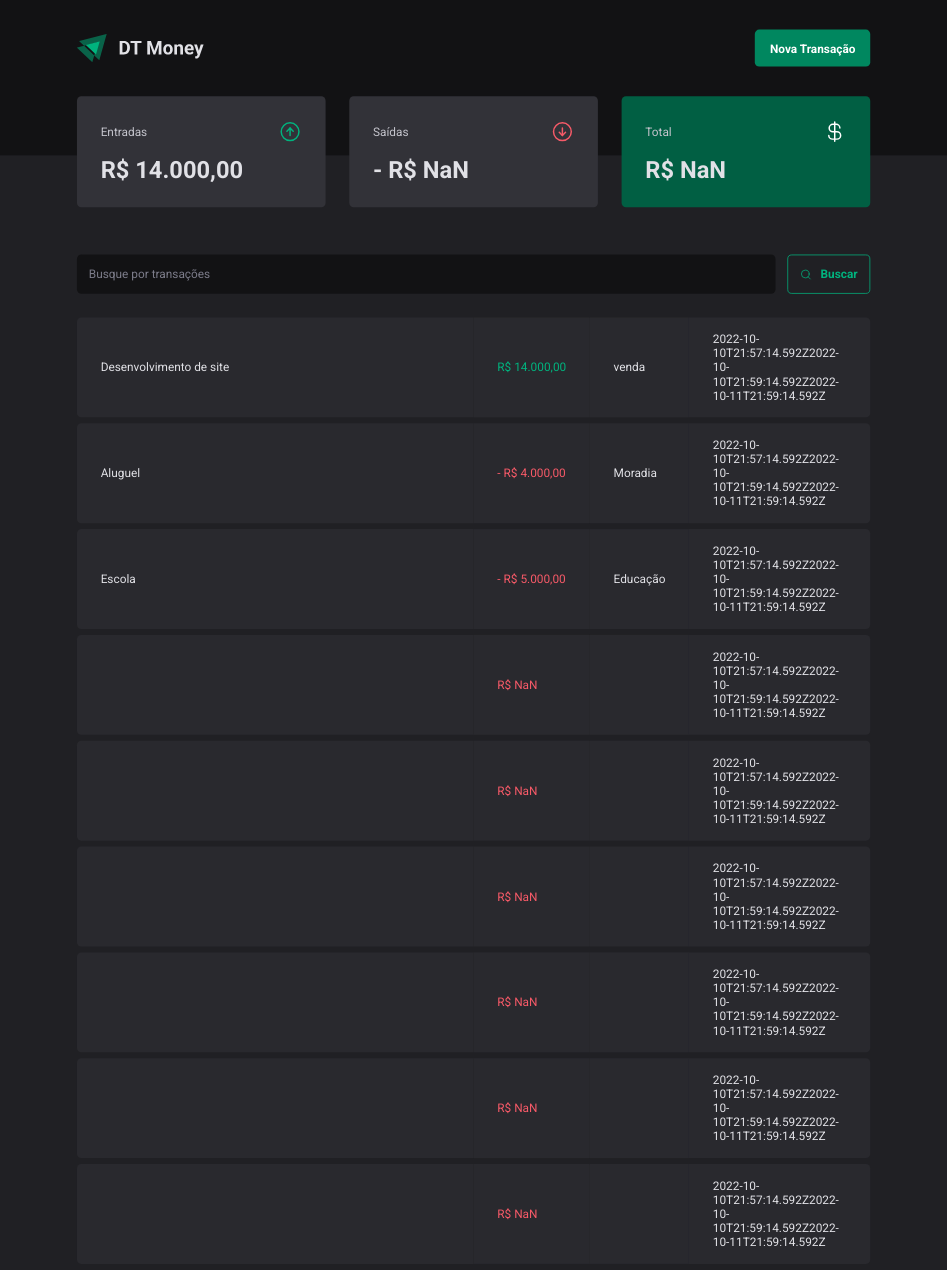
Repository: viniciusfg05/dtmoney
Page: /
These files come from the project's save history. The page is drawn as it stood at one moment and after the next save; the edit follows.
The browser window is 1280 px wide. The pictures show the whole page, at 74% of full size.
The project was rebuilt for these pictures with package versions that can differ from the ones it lists, and the page was loaded fresh each time. Requests to the local data server were answered from the project's data file. Also part of the build but not shown: vite.config.ts.

Above is the page before, as saved 2022-10-11 14:46:22.

### index.html
<!DOCTYPE html>
<html lang="en">
  <head>
    <meta charset="UTF-8" />
    <link rel="preconnect" href="https://fonts.googleapis.com" />
    <link rel="preconnect" href="https://fonts.gstatic.com" crossorigin />

    <link rel="icon" type="image/svg+xml" href="/vite.svg" />
    <meta name="viewport" content="width=device-width, initial-scale=1.0" />

    <link
      href="https://fonts.googleapis.com/css2?family=Roboto:wght@400;700&display=swap"
      rel="stylesheet"
    />

    <title>dtmoney</title>
  </head>
  <body>
    <div id="root"></div>
    <script type="module" src="/src/main.tsx"></script>
  </body>
</html>

### src/App.tsx
import { ThemeProvider } from "styled-components";
import { CoffeeContextProvider } from "./components/context/contextApi";
import { Summary } from "./components/Summary";
import { Transations } from "./pages/Transations";
import { GlobalStyles } from "./Styles/Global";
import { defaultTheme } from './Styles/Theme/Default'


export function App() {

  return (
    <ThemeProvider theme={defaultTheme}>
      <CoffeeContextProvider>
        <Transations />



        <GlobalStyles />
      </CoffeeContextProvider>
    </ThemeProvider>
  )
}

### src/components/context/contextApi.tsx
import { createContext, ReactNode, useEffect, useState } from "react";

interface TransactionsProps {
    id: number;
    descriptions: string;
    type: "income" | "outcome"
    category: string;
    price: number;
    createdAt: string;
}


interface TransactionType {
    transactions: TransactionsProps[];
    fetchDataTransaction: (query?: string) => Promise<void>;
}

interface TransactioProviderProps {
    children: ReactNode
}

export const TransactionContext = createContext({} as TransactionType);

export function CoffeeContextProvider({ children }: TransactioProviderProps) {
    const [ transactions, setTransaction] = useState<TransactionsProps[]>([])


    async function fetchDataTransaction(query?: string) {
        const url = new URL("http://localhost:3000/transactions")

        if (query) {
             url.searchParams.append('q', query)
        }

        const response = await fetch(url)
        const data = await response.json()

        setTransaction(data)

        // await api
        // .get("/transactions") //rota possivelmente criariamos no futuro
        // .then((response) => setTransaction(response.data)); //console .log nos dados
    };

    useEffect(() => {
        fetchDataTransaction();
    }, []);

    return (
        <TransactionContext.Provider value={{ transactions, fetchDataTransaction }}>
            {children}
        </TransactionContext.Provider>
    )
}

### src/pages/Transations/index.tsx
import { useContext, useEffect, useState } from "react";
import { TransactionContext } from "../../components/context/contextApi";
import { Header } from "../../components/Header";
import { Summary } from "../../components/Summary";
import { dateFormatter, formatDate, priceFormatter } from "../../components/Utils/Formated";
import { api } from "../../services/api";
import { SeachForm } from "./components/SeachForm";
import { PriceHightLightStyled, TransactionTableStyled, TransationsConteinerStyled } from "./styles";

interface transactionsProps {
    id: number;
    descriptions: string;
    type: "income" | "outcome"
    category: string;
    price: number;
    createdAt: string | null;
}

export function Transations() {
    const { transactions } = useContext(TransactionContext)

    const data = transactions.map(data => {
        return data.createdAt
    })

    return (
        <>
            <Header />
            <Summary />


            <TransationsConteinerStyled>
                <SeachForm />

                <TransactionTableStyled>
                    <tbody>
                        {transactions.map(transactions => (

                            <tr key={transactions.id}>
                            <td width="50%" >{transactions.descriptions}</td>
                            <td>
                                <PriceHightLightStyled variant={transactions.type}>
                                    {transactions.type === "outcome" && "- "}
                                    {priceFormatter.format(transactions.price)}
                                </PriceHightLightStyled>
                            </td>
                            <td>{transactions.category}</td>
                            <td>{data}</td>
                        </tr>
                        ))}
                    </tbody>
                </TransactionTableStyled>
            </TransationsConteinerStyled>
        </>
    )
}

### src/Styles/Global.tsx
import { createGlobalStyle } from 'styled-components'

export const GlobalStyles = createGlobalStyle`
  * {
    margin: 0;
    padding: 0;
    box-sizing: border-box;
    /* font-size: 87.5%; */
  }

  :focus {
    outline: 0;
    box-shadow: 0 0 0 2px ${(props) => props.theme['green-500']};
  }

  body {
    background: ${(props) => props.theme['gray-800']};
    color: ${(props) => props.theme['gray-100']};
    font-size: 2.4rem;
  }

  body, input, textarea, button {
    font-family: 'Roboto', sans-serif;
    font-weight: 400;
    font-size: 1rem;

    -webkit-font-smoothing: antialiased;
  }

  @media (max-width: 600px) {
    * {
    font-size: 87.5%;
    }
  }

`

### src/Styles/Theme/Default.ts
export const defaultTheme = {
  white: '#fff',

  'gray-100': '#E1E1E6',
  'gray-300': '#C4C4CC',
  'gray-400': '#8D8D99',
  'gray-500': '#7C7C8A',
  'gray-600': '#323238',
  'gray-700': '#29292E',
  'gray-800': '#202024',
  'gray-900': '#121214',

  'green-300': '#00B37E',
  'green-500': '#00875F',
  'green-700': '#015F43',

  'red-300': '#F75A68',
  'red-500': '#AB222E',
  'red-700': '#7A1921',
} as const

### src/components/Header/index.tsx
import logo from  '../../assets/logo.svg'
import * as Dialog from '@radix-ui/react-dialog';
import { HeaderContainerStyled, HeaderContentStyled, NewTransationButtonStyled } from './styles'
import { NewTransationModal } from '../NewTransaction';

const style = { background: "red",  }

export function Header() {

  return (
    <HeaderContainerStyled>
      <HeaderContentStyled>
        <img src={logo} alt="" />

        <Dialog.Root>
          <Dialog.Trigger asChild>
            <NewTransationButtonStyled>Nova Transação</NewTransationButtonStyled>
          </Dialog.Trigger>

          <NewTransationModal />

        </Dialog.Root>
      </HeaderContentStyled>
    </HeaderContainerStyled>
  )
}

### src/components/Summary/index.tsx
import { ArrowCircleDown, ArrowCircleUp, CurrencyDollar } from "phosphor-react";
import { useContext } from "react";
import { useSummary } from "../../hooks/useSummary";
import { TransactionContext } from "../context/contextApi";
import { priceFormatter } from "../Utils/Formated";
import { SummaryCardStyled, SummaryContainerStyled } from "./styles";

export function Summary() {
    const somarTransaction = useSummary()

    return (
        <SummaryContainerStyled>
            <SummaryCardStyled>
                <header>
                    <span>Entradas</span>

                    <ArrowCircleUp size={32}  color="#00b37e"/>
                </header>

                <strong>{priceFormatter.format(somarTransaction.income)}</strong>
            </SummaryCardStyled>

            <SummaryCardStyled>
                <header>
                    <span>Saídas</span>

                    <ArrowCircleDown size={32}  color="#f75a68"/>
                </header>

                <strong>
                    - {priceFormatter.format(somarTransaction.outcome)}</strong>
            </SummaryCardStyled>

            <SummaryCardStyled variant="green" >
                <header>
                    <span>Total</span>

                    <CurrencyDollar size={32}  color="#fff"/>
                </header>

                <strong>{priceFormatter.format(somarTransaction.total)}</strong>
            </SummaryCardStyled>


        </SummaryContainerStyled>
    )
}

### src/components/Utils/Formated.tsx
import { format } from 'date-fns';
import { ptBR } from 'date-fns/locale';

export function formatDate(date: string): string {
    const formattedDate = format(new Date(date), 'dd  MMM yyyy', {
      locale: ptBR,
    });
    return formattedDate;
  }
export const dateFormatter = new Intl.DateTimeFormat('pt-BR')

export const priceFormatter = new Intl.NumberFormat('pt-BR', {
    style: "currency",
    currency: "BRL"
})

### src/pages/Transations/components/SeachForm/index.tsx
import { MagnifyingGlass } from "phosphor-react";
import { useForm } from "react-hook-form";
import { SeshFormContainer } from "./styles";
import * as zod from "zod"
import { zodResolver } from "@hookform/resolvers/zod"
import { useContext } from "react";
import { TransactionContext } from "../../../../components/context/contextApi";



const serchFormSchema = zod.object({
    query: zod.string()
})

type SerchFormInput = zod.infer<typeof serchFormSchema>

export function SeachForm() {
    const { fetchDataTransaction } = useContext(TransactionContext)


    const {  register, handleSubmit, formState: { isSubmitted }} = useForm<SerchFormInput>({
        resolver: zodResolver(serchFormSchema)
    })

    async function handleSearchTransactions(data: SerchFormInput) {
        await  fetchDataTransaction(data.query)
    }

    return (
        <SeshFormContainer onSubmit={handleSubmit(handleSearchTransactions)}>
            <input
                type="text"
                placeholder="Busque por transações"
                {...register('query')}
            />

            <button type="submit" disabled={isSubmitted}>
                <MagnifyingGlass />
                Buscar
            </button>
        </SeshFormContainer>
    )
}

### src/pages/Transations/styles.ts
import styled from "styled-components";

export const TransationsConteinerStyled = styled.div`
    width: 100%;
    max-width:  1120px;

    margin: 4rem auto 0;
    padding: 0 1.5rem;
`

export const TransactionTableStyled = styled.table`
    width: 100%;
    border-collapse: separate;
    border-spacing: 0 0.5rem;
    margin-top: 1.5rem;

    td {
        padding:  1.25rem 2rem;
        background: ${(props) => props.theme["gray-700"]};

        &:first-child {
            border-top-left-radius: 6px;
            border-bottom-left-radius: 6px;
        }

        &:last-child {
            border-top-right-radius: 6px;
            border-bottom-right-radius: 6px;
        }
    }
`

interface PriceHightLightStyledProps {
    variant?: 'income' | 'outcome'
}

export const PriceHightLightStyled = styled.span<PriceHightLightStyledProps>`
    color: ${(props) => props.variant === 'income' ? props.theme["green-300"] : props.theme["red-300"]} ;
`

### src/components/Header/styles.ts
import styled from 'styled-components'


export const HeaderContainerStyled = styled.header`
    background:  ${(props) => props.theme['gray-900']};
    padding: 2.5rem 0 7.5rem 0;
`

export const HeaderContentStyled = styled.div`
    width: 100%;
    max-width:  1120px;

    margin: 0 auto;
    padding: 0 1.5rem;

    display: flex;
    align-items: center;
    justify-content: space-between;
`

export const NewTransationButtonStyled = styled.button`
    height: 50px;
    border: 0;
    background: ${(props) => props.theme['green-500']};
    color: ${(props) => props.theme.white};
    font-weight: bold;
    padding: 0 1.25rem;
    border-radius: 6px;
    cursor: pointer;

    &:hover {
        transition:  background-color 0.3s;
        background: ${(props) => props.theme['green-700']};

    }

`

### src/components/NewTransaction/index.tsx
import * as Dialog from '@radix-ui/react-dialog';
import { ArrowCircleUp, X } from 'phosphor-react';
import { ButtonClose, Overlay, TransationTypeButton, TransitionType } from './styles';
import { Content } from './styles';
import * as zod from "zod"
import { zodResolver } from "@hookform/resolvers/zod"
import { Controller, useForm } from 'react-hook-form';
import { useContext } from 'react';
import { TransactionContext } from '../context/contextApi';



const NewTransationFormSchema = zod.object({
    description: zod.string(),
    price: zod.number(),
    category: zod.string(),
    type: zod.enum(['income', 'outcome'])
})

type NewTransationFormInput = zod.infer<typeof NewTransationFormSchema>


export function NewTransationModal() {
    const { fetchDataTransaction } = useContext(TransactionContext)


    const {  control, register, handleSubmit, formState: { isSubmitted }} = useForm<NewTransationFormInput>({
        resolver: zodResolver(NewTransationFormSchema),
        defaultValues: {
            type: 'income'
        }
    })

    async function handleNewTransaction(data: any) {
    }

    return (
        <Dialog.Portal>
            <Overlay />

            <Content>
                <Dialog.Title>Nova transação</Dialog.Title>
                    <ButtonClose>
                        <X size={24}/>
                    </ButtonClose>

                    <form action="" onSubmit={handleSubmit(handleNewTransaction)}>
                        <input
                            type="text"
                            placeholder='Descrição'
                            required
                            {...register('description')}
                        />
                        <input
                            type="number"
                            placeholder='Preço'
                            required
                            {...register('price', { valueAsNumber: true })}
                        />
                        <input
                            type="text"
                            placeholder='Categoria'
                            required
                            {...register('category')}
                        />

                        <Controller
                            control={control}
                            name="type"
                            render={({ field }) => {
                                // console.log(field )
                                return (
                                    <TransitionType onValueChange={field.onChange} value={field.value}>
                                        <TransationTypeButton variant='income' value='income'>
                                            <ArrowCircleUp size={24}/>
                                            Entrada
                                        </TransationTypeButton>

                                        <TransationTypeButton variant='outcome' value='outcome'>
                                            <ArrowCircleUp size={24}/>
                                            Saída
                                        </TransationTypeButton>
                                    </TransitionType>
                                )
                            }}
                        />

                        <button type='submit' disabled={isSubmitted}>
                            Cadastrar
                        </button>
                    </form>
            </Content>
        </Dialog.Portal>
    )
}

### src/hooks/useSummary.tsx
import { useContext } from "react";
import { TransactionContext } from "../components/context/contextApi";

export function useSummary() {

const { transactions } = useContext(TransactionContext)

    const somarTransaction = transactions.reduce((acc, transaction ) => {
        if(transaction.type === "income") {
            acc.income += transaction.price; // pega o acc Income e soma com o price
            acc.total += transaction.price
        } else {
            acc.outcome += transaction.price; // pega o acc Outcome e soma com o price
            acc.total -= transaction.price
        }

        return acc
    }, {
        //Estrutura Inicial de dados
        income: 0,
        outcome: 0,
        total: 0,
    })

    return somarTransaction
}

### src/components/Summary/styles.ts
import styled, { css } from "styled-components";

export const SummaryContainerStyled = styled.section`
    width: 100%;
    max-width:  1120px;

    margin: 0 auto;
    padding: 0 1.5rem;

    display:  grid;
    grid-template-columns: repeat(3, 1fr);

    margin-top: -5rem;
    gap: 2rem
`

interface SummaryCardProps {
    variant?: 'green'
}

export const SummaryCardStyled = styled.div<SummaryCardProps>`
    background: ${(props) => props.theme['gray-600']} ;
    border-radius: 6px;
    padding: 2rem;

    header {
        display: flex;
        align-items: center;
        justify-content: space-between;
        color: ${(props) => props.theme['gray-300']};
    }

    strong {
        display: block;
        margin-top: 1rem;
        font-size: 2rem;
    }

    ${props => props.variant === 'green' && css`
        background: ${props.theme['green-700']}; ;
    `}
`

### src/pages/Transations/components/SeachForm/styles.ts
import styled from "styled-components";

export const SeshFormContainer = styled.form`
    display: flex;
    gap: 1rem;

    max-width:  1120px;

    margin: 0 auto;

    /* @media (max-width: 380px) {

        padding: 0 1.5rem;
    }
     */
    input {
        flex: 1;
        border-radius: 6px;
        border: 0;
        background: ${props => props.theme["gray-900"]};
        color: ${props => props.theme["gray-300"]};
        padding: 1rem;

        &::placeholder {
            color: ${props => props.theme["gray-500"]};
        }
    }

    button {
        display: flex;
        align-items: center;
        gap: 0.75rem;

        border: 0;
        padding: 1rem;
        background: transparent;
        border: 1px solid ${props => props.theme["green-300"]};
        color: ${props => props.theme["green-300"]};
        font-weight: bold;
        border-radius: 6px;

        &:disabled {
            opacity: 0.5;
        }

        &:not(:disabled):hover {
            background: ${props => props.theme["green-500"]};
            border: 1px solid ${props => props.theme["green-500"]};
            color: ${props => props.theme["white"]};

            transition:  background-color 0.3s, color 0.3s;
            cursor: pointer;
        }
    }
`

### src/components/NewTransaction/styles.ts
import * as Dialog from '@radix-ui/react-dialog';
import * as RadioGroup from '@radix-ui/react-radio-group';
import styled from 'styled-components';
import { Transations } from '../../pages/Transations';


export const Overlay = styled(Dialog.Overlay)`
    position: fixed;
    width: 100vw;
    height: 100vh;
    inset: 0;

    background: rgba(0, 0 , 0, 0.75);
`

export const Content = styled(Dialog.Content)`
    min-width: 32rem;
    border-radius:  6px;
    padding:  2.5rem 3rem;
    background: ${props => props.theme['gray-800']};

    position: fixed;
    top: 50%;
    left: 50%;
    transform: translate(-50%, -50%); //Centralizar elementos na tela

    form {
        margin-top: 2rem;
        display: flex;
        flex-direction: column;
        gap: 1rem;

        input {
            border-radius: 6px;
            border: 0;
            background: ${props => props.theme['gray-900']};
            color: ${props => props.theme['gray-300']};
            padding: 1rem;

            &::placeholder {
                color: ${props => props.theme['gray-500']};

            }
        }

        button[type="submit"] {
            height: 3.62rem;
            border: 0;
            background: ${props => props.theme['green-500']};
            color: ${props => props.theme.white};
            font-weight: bold;
            padding: 0 1.25rem;
            border-radius: 6px;
            margin-top:  1.5rem;
            transition: background-color 0.3s, color;

            &:disabled {
                opacity: 0.5;
            }

            &:not(:disabled):hover {
                background: ${props => props.theme['green-700']};
                color: ${props => props.theme['gray-300']};
                cursor: pointer;

            }
        }
    }
`

export const  ButtonClose = styled(Dialog.Close)`
    display: flex;
    align-items: center;
    justify-content: center;

    position: absolute;

    background: transparent;
    border: 0;
    line-height: 0;
    top: 1.5rem;
    right: 1.5rem;

    cursor: pointer;
    color: ${props => props.theme['gray-500']};
`


interface TransationsTypeButtonProps {
    variant?: 'income' | 'outcome'
}

export const TransitionType = styled(RadioGroup.Root)`
    display: grid;
    grid-template-columns: 1fr 1fr;

    gap: 1rem;
    margin-top: 0.5rem;
`

export const TransationTypeButton = styled(RadioGroup.Item)<TransationsTypeButtonProps>`
    background: ${props => props.theme['gray-700']};
    padding: 1rem;
    display: flex;
    align-items: center;
    justify-content: center;
    gap: 0.5rem;
    border-radius: 6px;
    cursor: pointer;
    border: 0;
    color: ${props => props.theme['gray-300']};

    svg {
        color: ${props => props.variant === 'income' ? props.theme['green-300'] : props.theme['red-300']}
    }

    &[data-state='unchecked']:hover {
        background: ${props => props.theme['gray-600']};
        transition: background-color 0.3s;
    }

    &[data-state='checked'] {
        background: ${props => props.variant === 'income' ? props.theme['green-300'] : props.theme['red-500']};
        transition: 0.3s;

        svg {
            color: ${props => props.theme.white};
        }
    }
`

### server.json
{
  "transactions": [
    {
      "id": 1,
      "descriptions": "Desenvolvimento de site",
      "type": "income",
      "category": "venda",
      "price": 14000,
      "createdAt": "2022-10-10T21:57:14.592Z"
    },
    {
      "id": 2,
      "descriptions": "Aluguel",
      "type": "outcome",
      "category": "Moradia",
      "price": 4000,
      "createdAt": "2022-10-10T21:59:14.592Z"
    },
    {
      "id": 3,
      "descriptions": "Escola",
      "type": "outcome",
      "category": "Educação",
      "price": 5000,
      "createdAt": "2022-10-11T21:59:14.592Z"
    },
    {
      "id": 4
    },
    {
      "id": 5
    },
    {
      "id": 6
    },
    {
      "id": 7
    },
    {
      "id": 8
    },
    {
      "id": 9
    }
  ]
}

Loaded but not shown: src/main.tsx (common file)

After the next save:
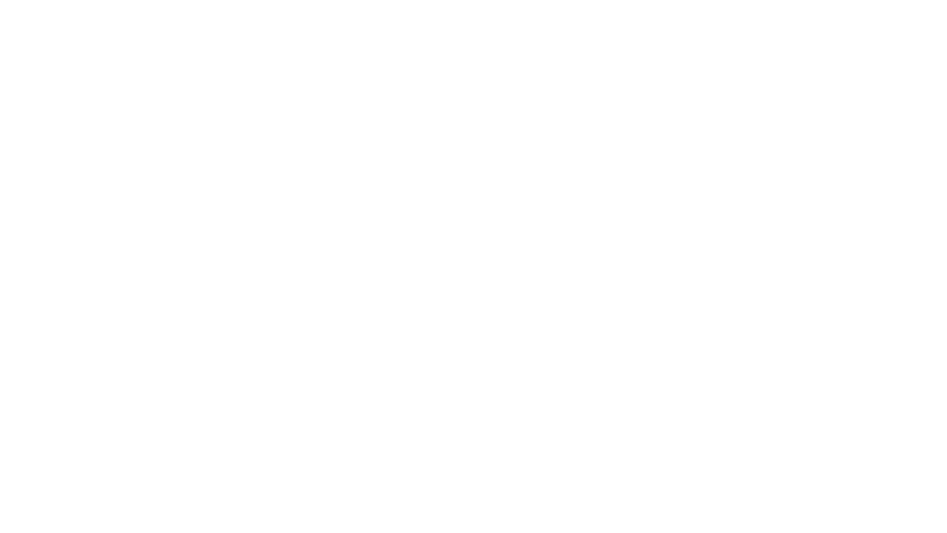
Console error: ReferenceError: data is not defined
Saved 21 s later.
--- a/src/pages/Transations/index.tsx
+++ b/src/pages/Transations/index.tsx
@@ -19,9 +19,6 @@
 export function Transations() {
     const { transactions } = useContext(TransactionContext)
 
-    const data = transactions.map(data => {
-        return data.createdAt
-    })
 
     return (
         <>

After the save that followed:
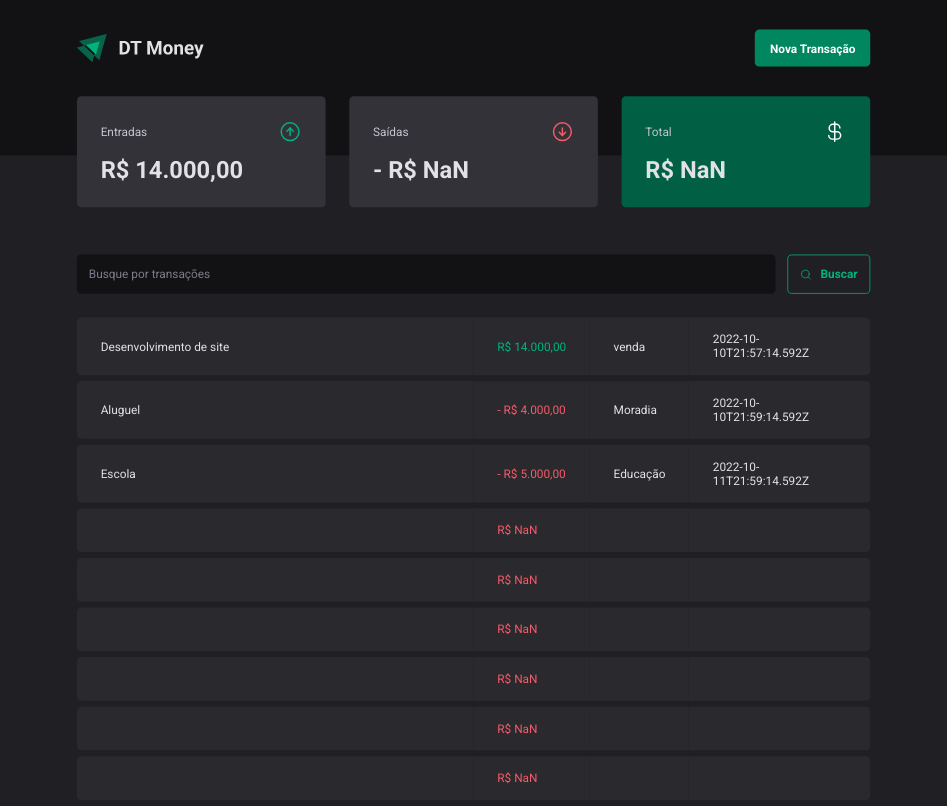
The error is gone.
Saved 9 s later.
--- a/src/pages/Transations/index.tsx
+++ b/src/pages/Transations/index.tsx
@@ -42,7 +42,7 @@
                                 </PriceHightLightStyled>
                             </td>
                             <td>{transactions.category}</td>
-                            <td>{data}</td>
+                            <td>{transactions.createdAt}</td>
                         </tr>
                         ))}
                     </tbody>
